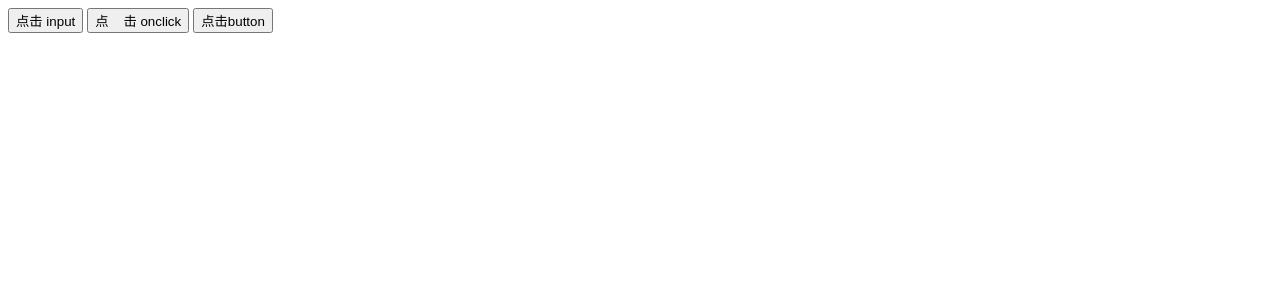
Repository: jianminghao/ssiProject
Page: http://localhost/myssiProject/aaa.jsp
An editor plug-in stored every save of this project. The page is shown before and after the next save, followed by the edit.
The browser window is 1280 px wide. The pictures show the whole page.
The page is served by Tomcat 9. Other server files are loaded and not shown.

Above is the page before, as saved 2020-03-04 13:16:19.

### myssiProject/WebContent/aaa.jsp
<%@ page language="java" contentType="text/html; charset=UTF-8"
    pageEncoding="UTF-8"%>
<!DOCTYPE html>
<html>
<head>
<meta charset="UTF-8">
<title>Insert title here</title>
</head>
<script  src="resource/jquery/jquery.js" type="text/javascript"></script>
<script>
	$(".btn").click(function(){
		debugger;
		alert("dddd")

	});

	aaa = function (){
		debugger;
		alert("dddd")
	}
</script>
<body>

	<input type="button" class="btn" value="点击 input">

	<input type="button" class="btn" onclick=aaa() value="点    击 onclick">

	<button class="btn" type="button">
		点击button
	</button>

</body>
</html>

Loaded but not shown: myssiProject/WebContent/resource/jquery/jquery.js (library)

After the next save:
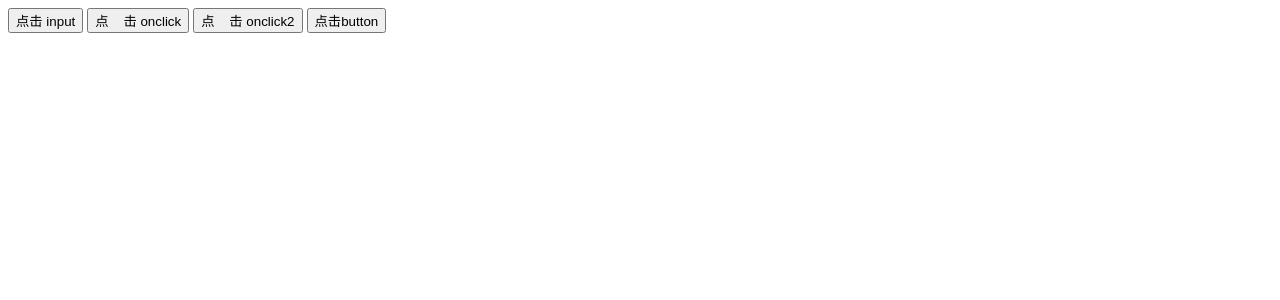
Saved 85 s later.
--- a/myssiProject/WebContent/aaa.jsp
+++ b/myssiProject/WebContent/aaa.jsp
@@ -18,6 +18,11 @@
 		debugger;
 		alert("dddd")
 	}
+
+	function bbb(){
+		debugger;
+		alert("dddd")
+	}
 </script>
 <body>
 
@@ -25,6 +30,8 @@
 
 	<input type="button" class="btn" onclick=aaa() value="点    击 onclick">
 
+	<input type="button" class="btn" onclick=bbb() value="点    击 onclick2">
+
 	<button class="btn" type="button">
 		点击button
 	</button>
